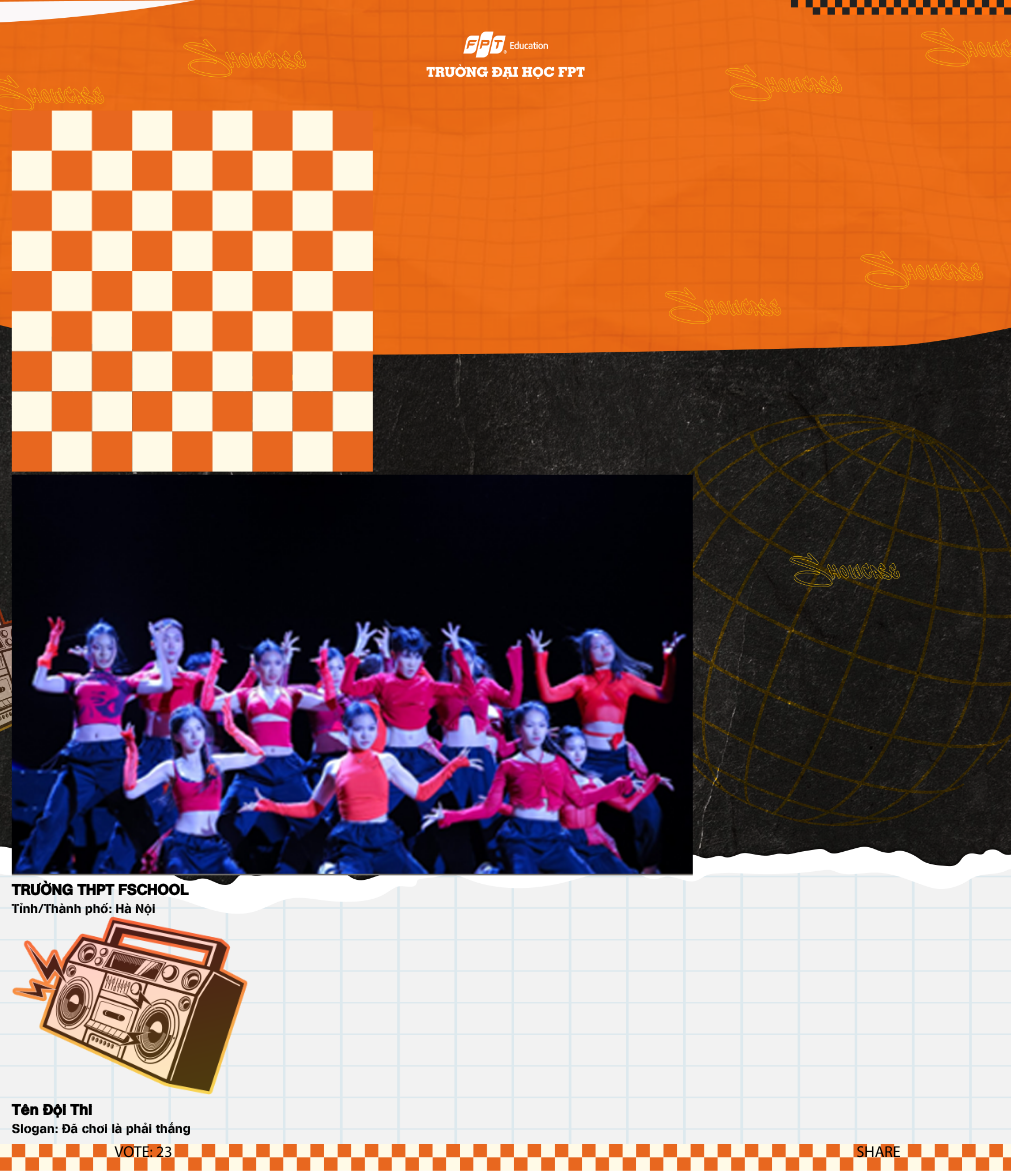
Repository: dinhtri123/hola_fpt
Page: detail.html
The author's editor kept a copy of each file at every save. The page is drawn from the files as they stood at one save, then again after the next save.
The browser window is 1280 px wide. The pictures show the whole page, at 79% of full size.

Above is the page before, as saved 2025-01-04 22:40:20.

After the next save:
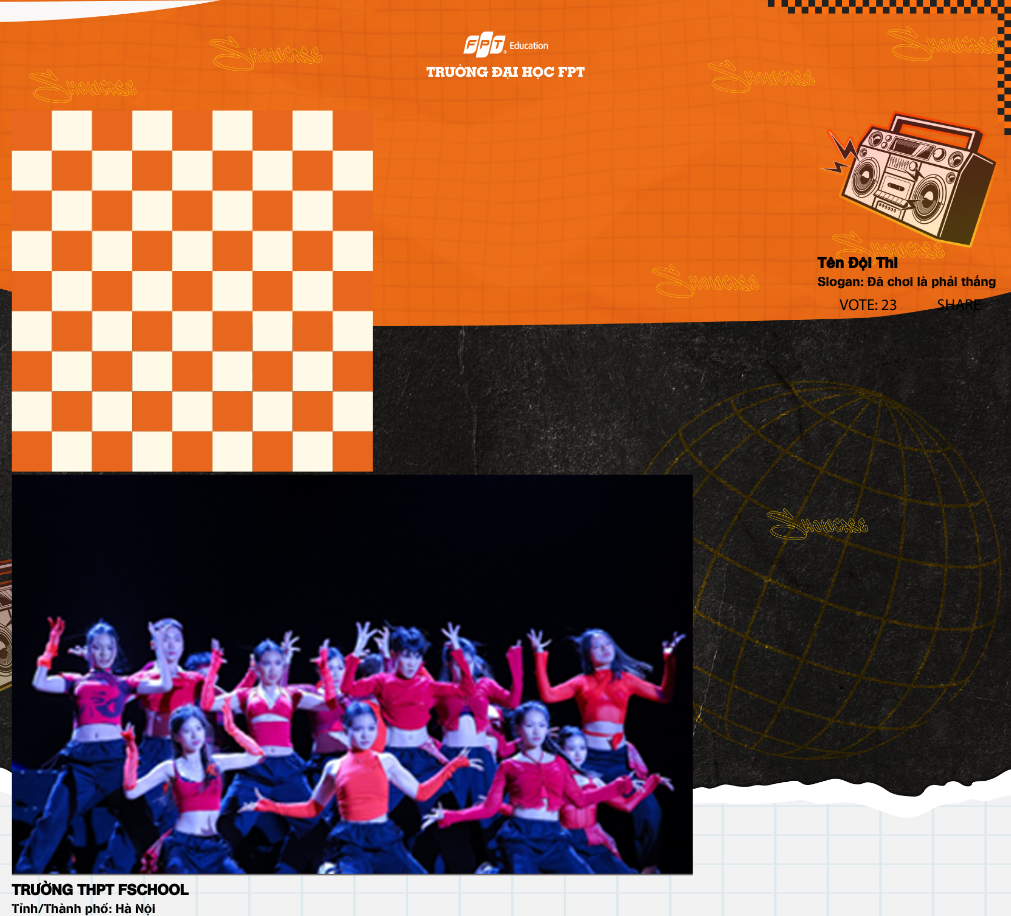
Saved 19 s later.
--- a/styles.css
+++ b/styles.css
@@ -363,6 +363,10 @@
   margin: 0px auto 40px;
   display: flex;
   padding-top: 40px;
+}
+.detail-top {
+  display: flex;
+  justify-content: space-between;
 }
 
 @media screen and (max-width: 1280px) {
